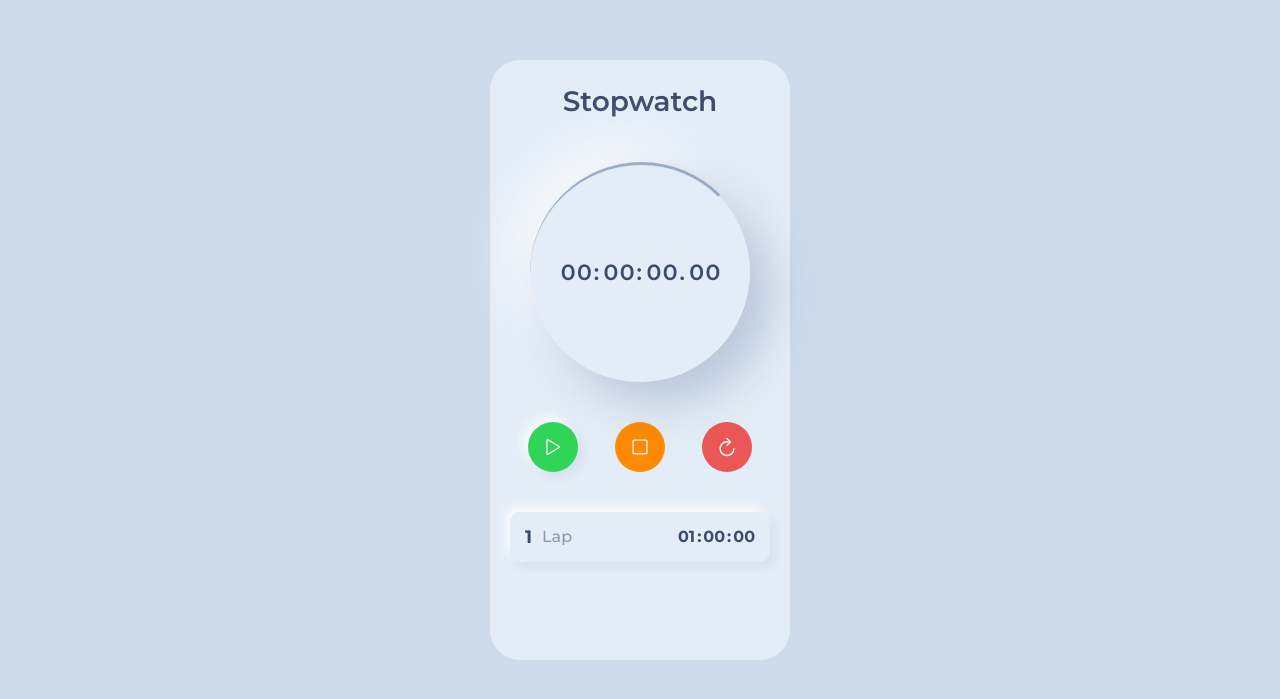
Repository: dinhtri123/stopwatch
Page: index.html
The author's editor kept a copy of each file at every save. The page is drawn from the files as they stood at one save, then again after the next save.
The browser window is 1280 px wide. The pictures show the whole page.

Above is the page before, as saved 2023-01-05 09:49:18.

After the next save:
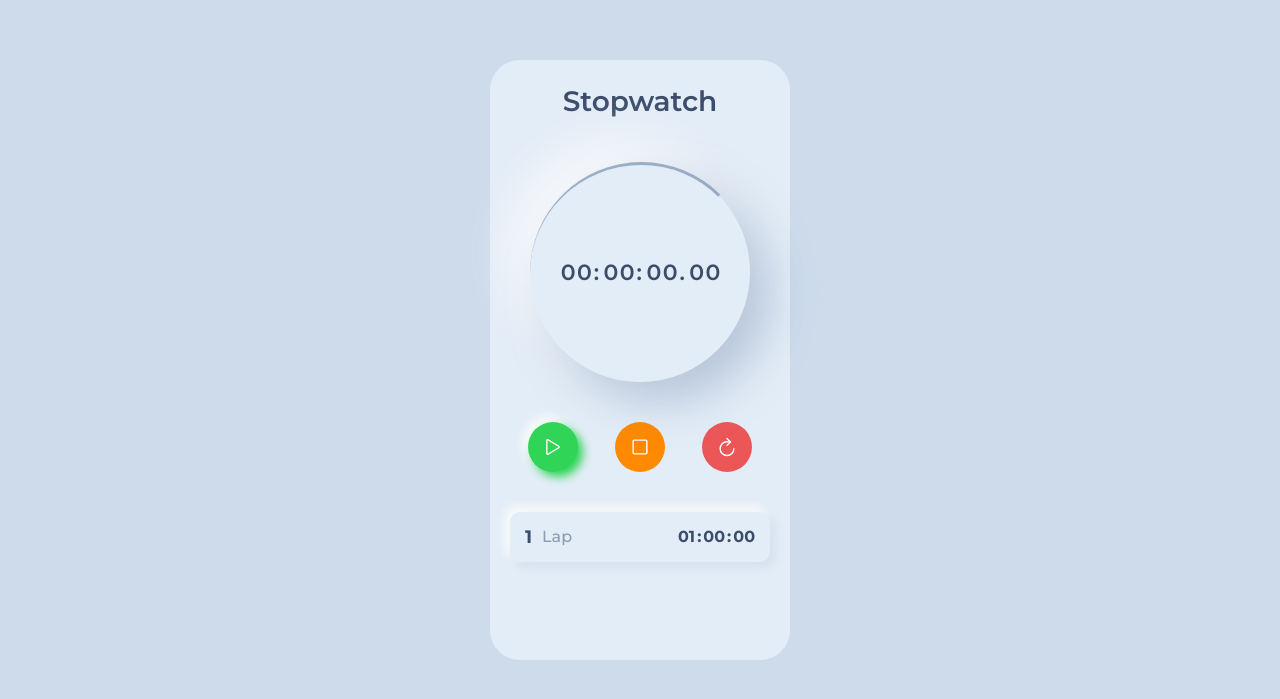
Saved 4 s later.
--- a/style.css
+++ b/style.css
@@ -95,7 +95,7 @@ button {
 }
 .btn-start {
   background: #30d457;
-  box-shadow: 5px 5px 10px #6a80a81e, -5px -5px 10px #fbfbfb;
+  box-shadow: 5px 5px 10px #30d457, -5px -5px 10px #fbfbfb;
 
 }
 .btn-stop {
